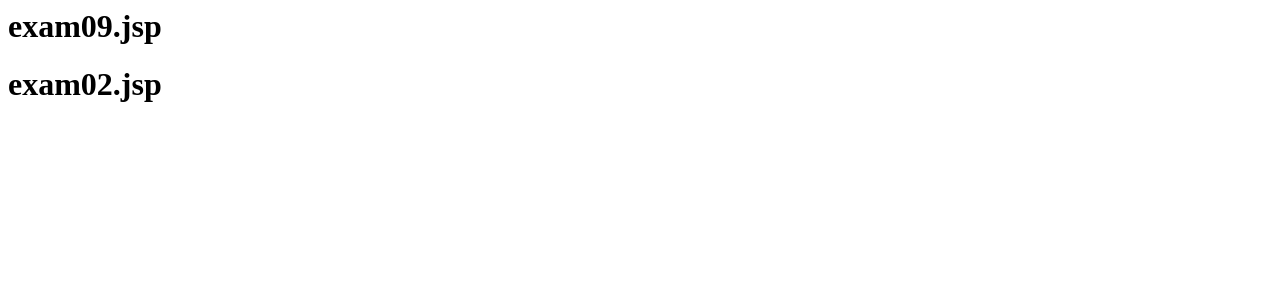
Repository: hrk09/JSPServlet
Page: http://localhost/edu/exam09.jsp
The author's editor kept a copy of each file at every save. The page is drawn from the files as they stood at one save, then again after the next save.
The browser window is 1280 px wide. The pictures show the whole page.
The page is served by Tomcat 9. Nobody is signed in. The application's start-up code is not run. Other server files are loaded and not shown.

Above is the page before, as saved 2022-07-01 01:04:05.

### edu/WebContent/exam09.jsp
<%@ page language="java" contentType="text/html; charset=UTF-8"
    pageEncoding="UTF-8"%>

<h1>exam09.jsp</h1>

<jsp:include page="exam02.jsp" />

### edu/WebContent/exam02.jsp
<h1>exam02.jsp</h1>

After the next save:
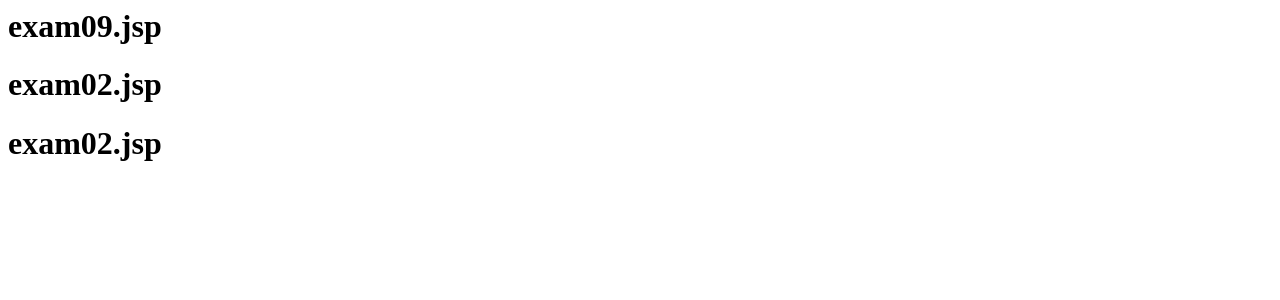
Saved 51 s later.
--- a/edu/WebContent/exam09.jsp
+++ b/edu/WebContent/exam09.jsp
@@ -4,3 +4,5 @@
 <h1>exam09.jsp</h1>
 
 <jsp:include page="exam02.jsp" />
+
+<%@ include file="exam02.jsp" %>
